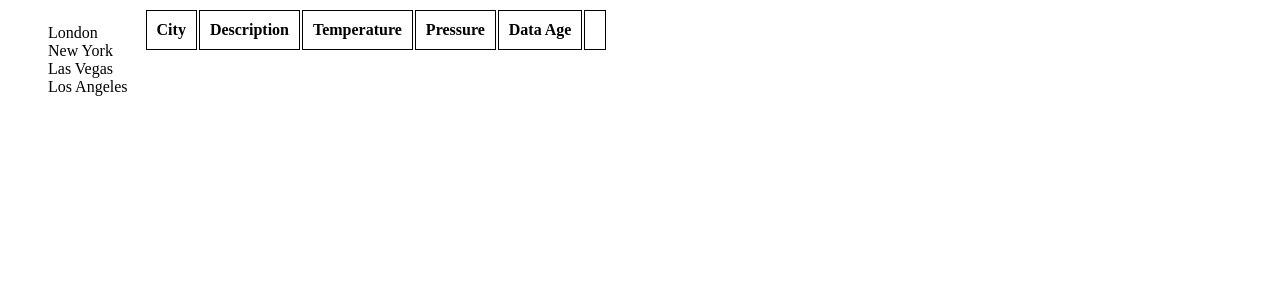
Repository: hey-shubham/WeatherAPI
Page: index.html
An editor plug-in stored every save of this project. The page is shown before and after the next save, followed by the edit.
The browser window is 1280 px wide. The pictures show the whole page.

Above is the page before, as saved 2022-03-02 21:49:36.

### index.html
<!DOCTYPE html>
<html>
  <head>
    <title>Weather API</title>
    <link rel="stylesheet" href="./style.css">
  </head>
  <body>
    <div class="serch"></div>
    <ul>
      <li>London</li>
      <li>New York</li>
      <li>Las Vegas</li>
      <li>Los Angeles</li>
    </ul>
    <table>
      <thead>
        <tr>
        <th>City</th>
        <th>Description</th>
        <th>Temperature</th>
        <th>Pressure</th>
        <th>Data Age</th>
        <th></th>
      </tr>
      </thead>
      <tbody></tbody>
    </table>
    <script src="./data.js"></script>
  </body>
</html>

### style.css
body{
    display: flex;
}
table{
    margin-left: 1rem;
}
th,td{
    /* background-color:  red; */
    padding: 10px;
    border: 1px solid black;
}
li{
    list-style: none;
}

### data.js
let url = "https://python3-dot-parul-arena-2.appspot.com/test?cityname=";

const tbody = document.querySelector("tbody");
const table = document.querySelector("table");
const countries = document.querySelectorAll("li");
countries[0].addEventListener("click", () => {
  const newurl = url + "London";
  getData(newurl, "London");
});
countries[1].addEventListener("click", () => {
  const newurl = url + "New York";
  getData(newurl, "New York");
});
countries[2].addEventListener("click", () => {
  const newurl = url + "Las Vegas";
  getData(newurl, "Las Vegas");
});
countries[3].addEventListener("click", () => {
  const newurl = url + "Los Angeles";
  getData(newurl, "Los Angeles");
});

const getData = (newurl, country) => {
  fetch(newurl)
    .then((res) => res.json())
    .then((data) => {
      console.log(data);
      tbody.innerHTML += (
        `<tr>
          <td>${country}</td>
          <td>${data.description}</td>
          <td>${data.temp_in_celsius}</td>
          <td>${data.pressure_in_hPa}</td>
          <td>${data.humidity_in_percent}</td>
          <td onClick="delHandler(this)">Delete</td>
        </tr>`
      );
    });
};

const delHandler= (ref) => {
  let idx = ref.parentNode.rowIndex;
  table.deleteRow(idx);
}

After the next save:
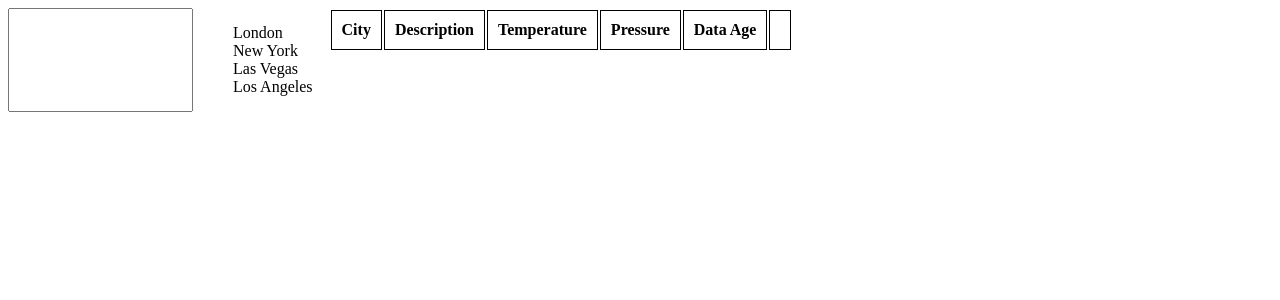
Saved 11 s later.
--- a/index.html
+++ b/index.html
@@ -5,7 +5,7 @@
     <link rel="stylesheet" href="./style.css">
   </head>
   <body>
-    <div class="serch"></div>
+    <input type="text">
     <ul>
       <li>London</li>
       <li>New York</li>
